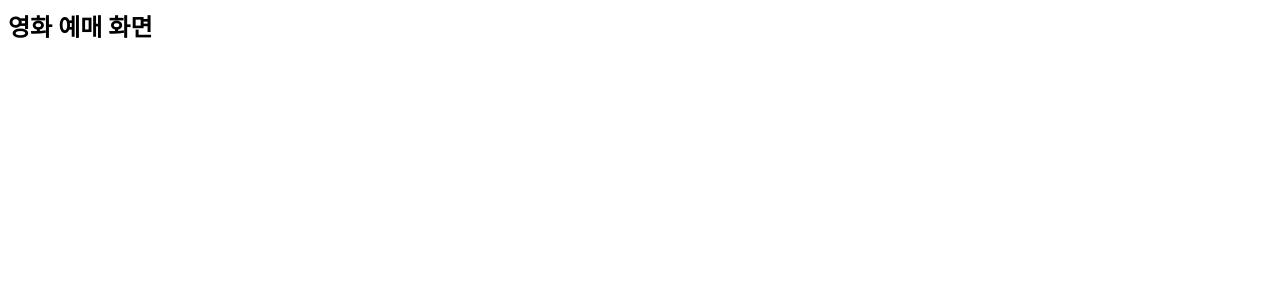
Repository: lmcoa15/Movie
Page: http://localhost/movie/user/user_reservation.jsp
These files come from the project's save history. The page is drawn as it stood at one moment and after the next save; the edit follows.
The browser window is 1280 px wide. The pictures show the whole page.
The page is served by Tomcat 9.

Above is the page before, as saved 2015-12-08 15:56:54.

After the next save:
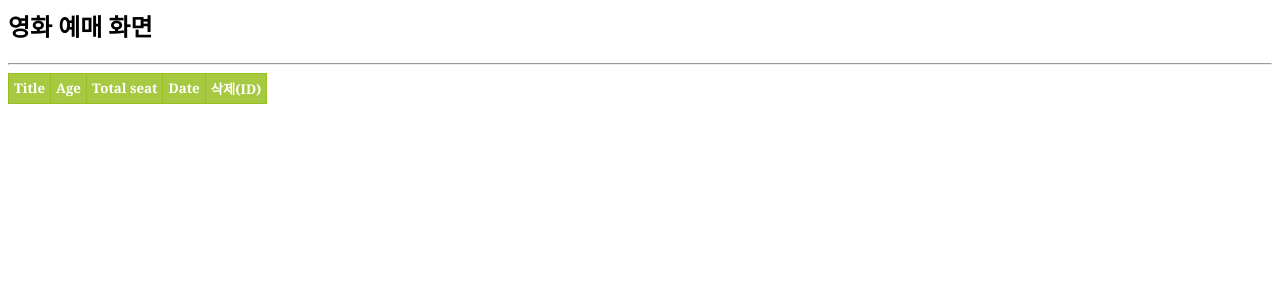
Saved 70 s later.
--- a/workspace/movie/WebContent/user/user_reservation.jsp
+++ b/workspace/movie/WebContent/user/user_reservation.jsp
@@ -20,5 +20,33 @@
 </head>
 <body>
 <h2>영화 예매 화면</h2>
+<hr>
+<form name=form1 method=post  action=film_control.jsp>
+
+<table border="1">
+	<tr><th>Title</th><th>Age</th>
+	<th>Total seat</th><th>Date</th>
+	<th>삭제(ID)</th>
+	</tr>
+
+	<%
+		//String id
+		for(film ab:(ArrayList<film>) datas){
+	%>
+	<tr>
+	<td><%=ab.getName_film() %></td>
+	<td><%=ab.getAge_phase() %></td>
+	<td><%=ab.getSeat_num() %></td>
+	<td><%=ab.getWatch_date() %></td>
+
+	<input type=hidden name="action" value="delete">
+ 	<td><input type=Submit name="id_film" value="<%=ab.getId_film() %>"></td>
+
+	</tr>
+	<%
+		}
+	%>
+</table>
+</form>
 </body>
 </html>
